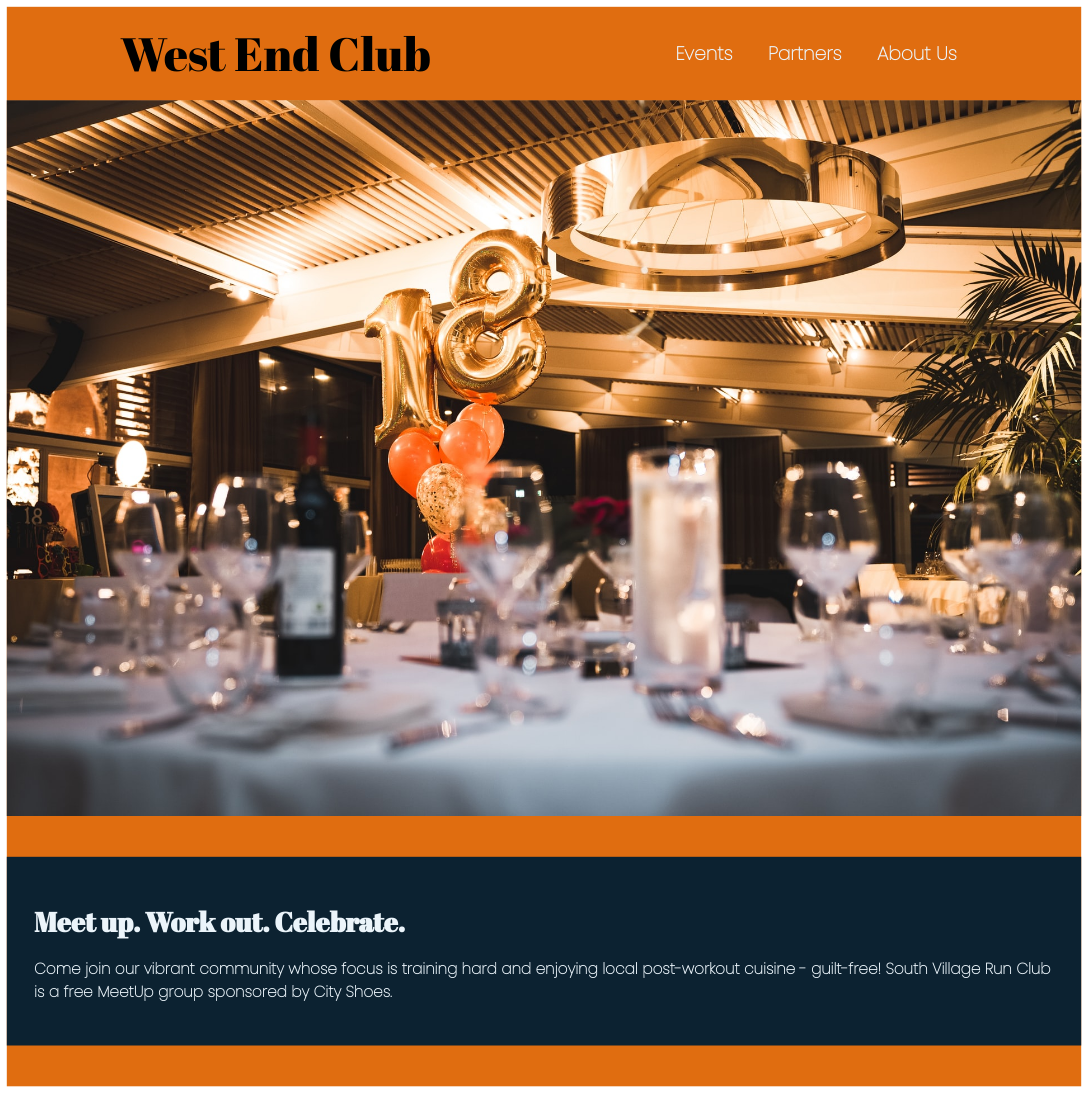
Repository: lastbronx41/lastbronx41.github.io
Page: starting/index.html
An editor plug-in stored every save of this project. The page is shown before and after the next save, followed by the edit.
The browser window is 1280 px wide. The pictures show the whole page, at 85% of full size.
Some web fonts or font styles are not loaded; a fallback is used.

Above is the page before, as saved 2022-07-19 04:44:43.

### starting/index.html
<!DOCTYPE html>

<html>
   <head>
      <meta charset="utf-8">
      <title>Our Club</title>
      <link rel="stylesheet" href="./styles.css" type="text/css">
      <link rel="preconnect" href="https://fonts.googleapis.com">
      <link rel="preconnect" href="https://fonts.gstatic.com" crossorigin>
      <link href="https://fonts.googleapis.com/css2?family=Abril+Fatface&family=Slabo+13px&family=Space+Mono&display=swap" rel="stylesheet">
      <link rel="preconnect" href="https://fonts.googleapis.com">
      <link rel="preconnect" href="https://fonts.gstatic.com" crossorigin>
      <link href="https://fonts.googleapis.com/css2?family=Abril+Fatface&family=Poppins:wght@100&family=Slabo+13px&family=Space+Mono&display=swap" rel="stylesheet">
   </head>

   <body>

      <div class="header">
         <div id="title">West End Club</div>
         <div>
            <ul class="links">
               <a href>
                  <li class="nav">Events</li>
               </a>
               <a href>
                  <li class="nav">Partners</li>
               </a>
               <a href>
                  <li class="nav">About Us</li>
               </a>
            </ul>
         </div>
      </div>

      <div id="cover-photo">
         <img src="./resources/cover-photo.jpg"/>
         <div class="main-text">
            <h1>Meet up. Work out. Celebrate.</h1>
               <p>Come join our vibrant community whose focus is training hard and enjoying local post-workout cuisine - guilt-free! South Village Run Club is a free MeetUp group sponsored by City Shoes.
               </p>

         </div>
      </div>



   </body>
</html>

### starting/styles.css
.header {
   display: flex;
   justify-content: space-around;
   background-color: #E06D10;
   align-items: center;
   padding: 1rem
}

#title {
   font-size: 55px;
   font-family: 'Abril Fatface', cursive;
}

.links, .links a {
   display: inline-flex;
   flex-wrap: wrap;
   justify-content: flex-end;
   list-style-type: none;
   gap: 1rem;
   text-decoration-line: none;
}

.nav {
   font-size: 22px;
   font-family: 'Poppins', sans-serif;
   font-weight: bolder;
   border-radius: 34%;
   padding: 0.4rem 0.8rem;
   color: #EBF4FA;
}

.nav:hover {
   color: #E06D10;
   background-color: black;
}

#cover-photo {
   display: flex;
   flex-direction: column;
   background-color: #E06D10;
}

#cover-photo img {
   max-width: 100%;
}
.main-text {
   background-color: #0C2231;
   color: #EBF4FA;
   margin: 3rem auto;
   padding: 2rem
}

.main-text h1 {
   font-family: 'Abril Fatface', cursive;
}

.main-text p {
   font-family: 'Poppins', sans-serif;
   font-size: 18px;
   font-weight: bolder;
}

After the next save:
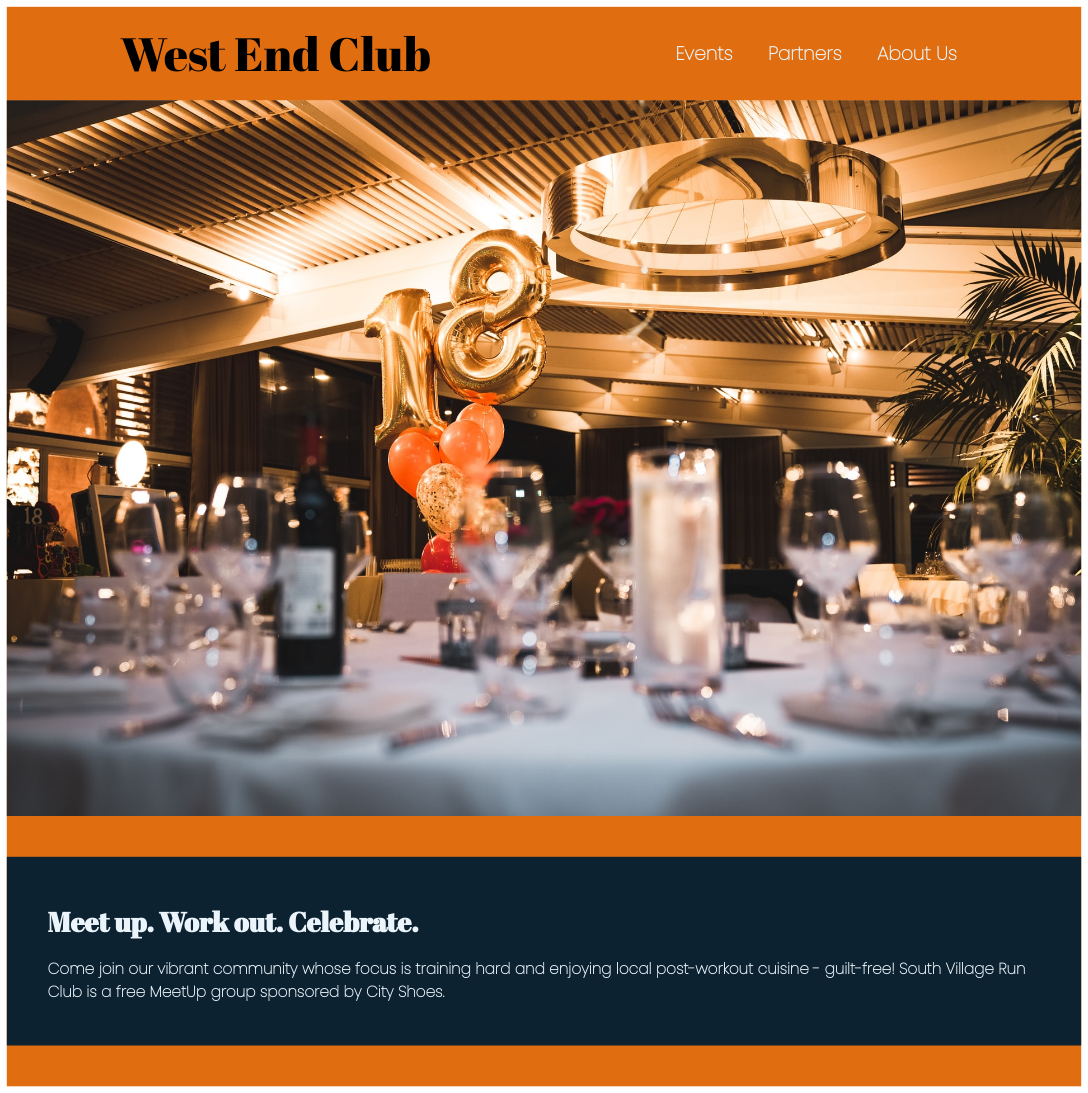
Saved 5 s later.
--- a/starting/styles.css
+++ b/starting/styles.css
@@ -47,7 +47,7 @@
    background-color: #0C2231;
    color: #EBF4FA;
    margin: 3rem auto;
-   padding: 2rem
+   padding: 2rem 3rem
 }
 
 .main-text h1 {
